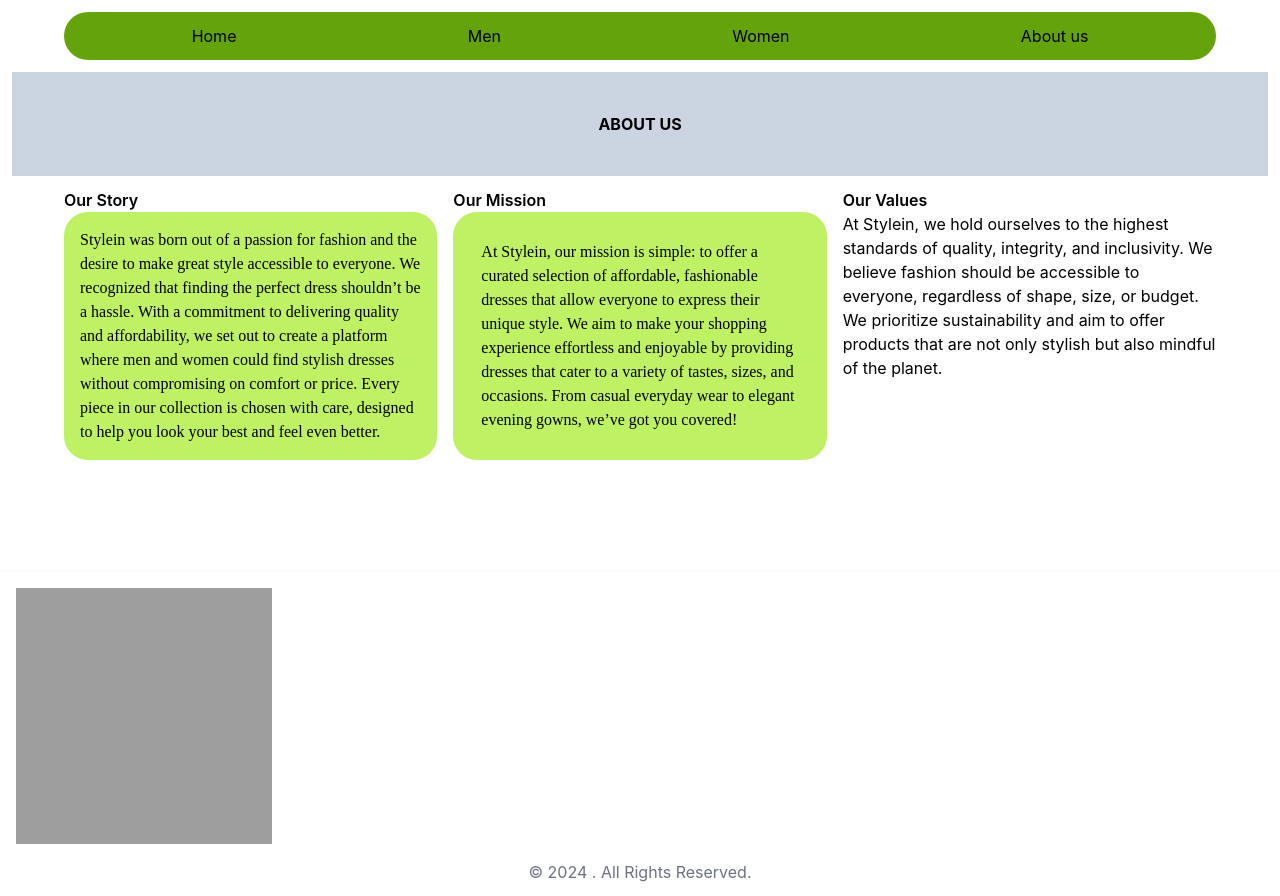
Repository: Mohankkanth/StyleIn_ShoppingSite
Page: /AboutUs
The author's editor kept a copy of each file at every save. The page is drawn from the files as they stood at one save, then again after the next save.
The browser window is 1280 px wide. The pictures show the whole page.
Pictures or frames that could not be fetched are drawn as grey boxes. The project was rebuilt for these pictures with package versions that can differ from the ones it lists, and the page was loaded fresh each time. Also part of the build but not shown: vite.config.js, src/component/Home/Home.jsx, src/component/api/MenProducts.jsx, src/component/Men/Men.jsx, src/component/Women/Women.jsx, src/component/api/KidsProducts.jsx, src/component/Kids/Kids.jsx, src/component/Errorpage/Errorpage.jsx and 18 more.

Above is the page before, as saved 2024-11-23 14:02:36.

After the next save:
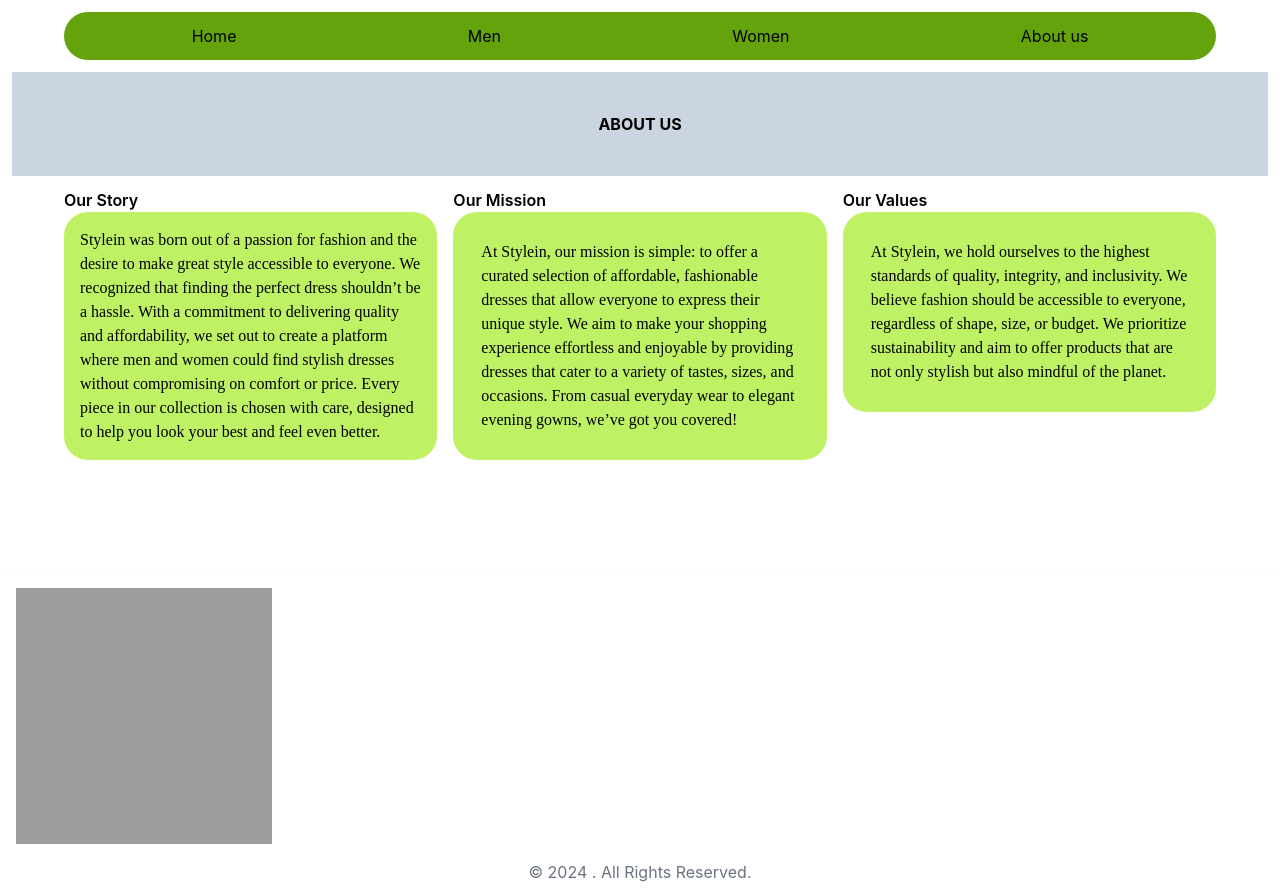
Saved 11 s later.
--- a/src/component/AboutUs/Aboutus.jsx
+++ b/src/component/AboutUs/Aboutus.jsx
@@ -21,7 +21,7 @@
 
                     <div>
                         <p className='font-semibold text-justify'>Our Values</p>
-                        <p>
+                        <p className='bg-lime-300  rounded-3xl font-[Raleway] p-7'>
                             At Stylein, we hold ourselves to the highest standards of quality, integrity, and inclusivity. We believe fashion should be accessible to everyone, regardless of shape, size, or budget. We prioritize sustainability and aim to offer products that are not only stylish but also mindful of the planet.</p>
                     </div>
 
